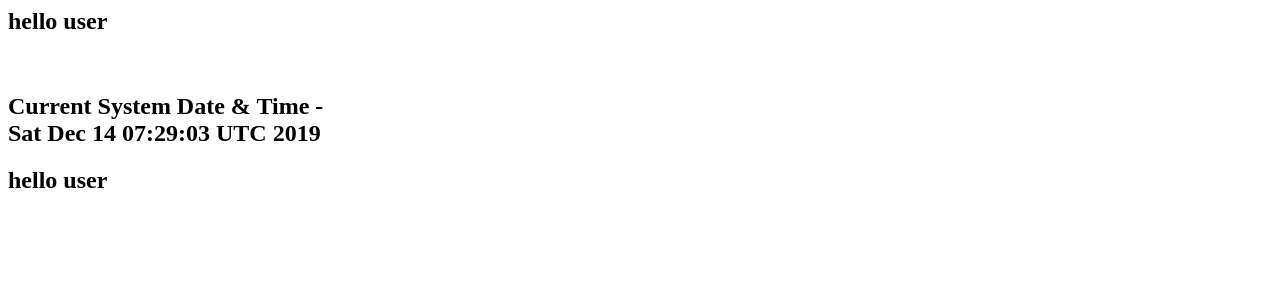
Repository: 81akshucaptain/TY_CG_HTD_BangloreNovember_JFS_AkahaykumarAgasanalli
Page: http://localhost/mywebapp/include
The author's editor kept a copy of each file at every save. The page is drawn from the files as they stood at one save, then again after the next save.
The browser window is 1280 px wide. The pictures show the whole page.
The page is served by Tomcat 9. Other server files are loaded and not shown.

Above is the page before, as saved 2019-12-16 10:30:18.

### Akshay-BACK end codes/Servlet/mywebapp/src/main/java/com/capgemini/mywebapp/servlets/IncludeServlet.java
package com.capgemini.mywebapp.servlets;

import java.io.IOException;
import java.io.PrintWriter;

import javax.servlet.RequestDispatcher;
import javax.servlet.ServletException;
import javax.servlet.annotation.WebServlet;
import javax.servlet.http.HttpServlet;
import javax.servlet.http.HttpServletRequest;
import javax.servlet.http.HttpServletResponse;
@WebServlet("/include")
public class IncludeServlet extends HttpServlet {
	@Override
	protected void doGet(HttpServletRequest req, HttpServletResponse resp) throws ServletException, IOException {
		String url="./currentDate";

				resp.setContentType("text/html");
		PrintWriter out=resp.getWriter();
		out.print("<html>");
		out.print("<body>");
		out.print("<h2>hello user</h2> <br> ");

		RequestDispatcher  dispatcher=req.getRequestDispatcher(url);
		dispatcher.include(req, resp);
		out.print("<h2>hello user</h2> <br> ");
		out.print("</body>");
		out.print("</html>");





	}
}

After the next save:
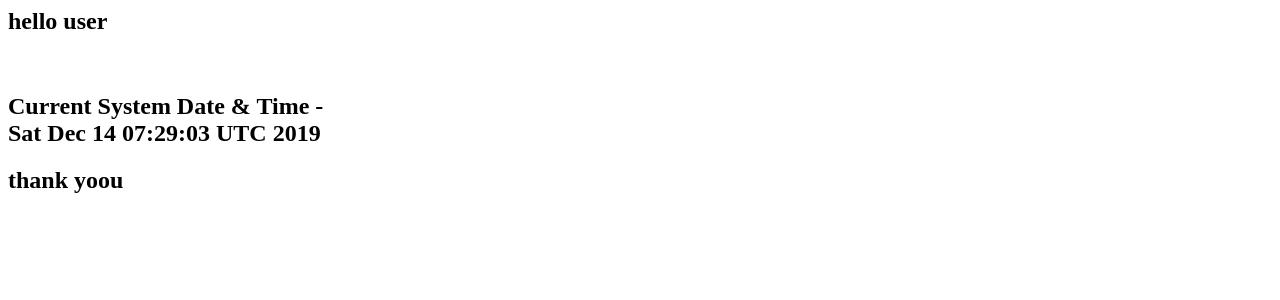
Saved 17 s later.
--- a/Akshay-BACK end codes/Servlet/mywebapp/src/main/java/com/capgemini/mywebapp/servlets/IncludeServlet.java
+++ b/Akshay-BACK end codes/Servlet/mywebapp/src/main/java/com/capgemini/mywebapp/servlets/IncludeServlet.java
@@ -23,7 +23,7 @@ public class IncludeServlet extends HttpServlet {
 
 		RequestDispatcher  dispatcher=req.getRequestDispatcher(url);
 		dispatcher.include(req, resp);
-		out.print("<h2>hello user</h2> <br> ");
+		out.print("<h2>thank yoou</h2> <br> ");
 		out.print("</body>");
 		out.print("</html>");
 
